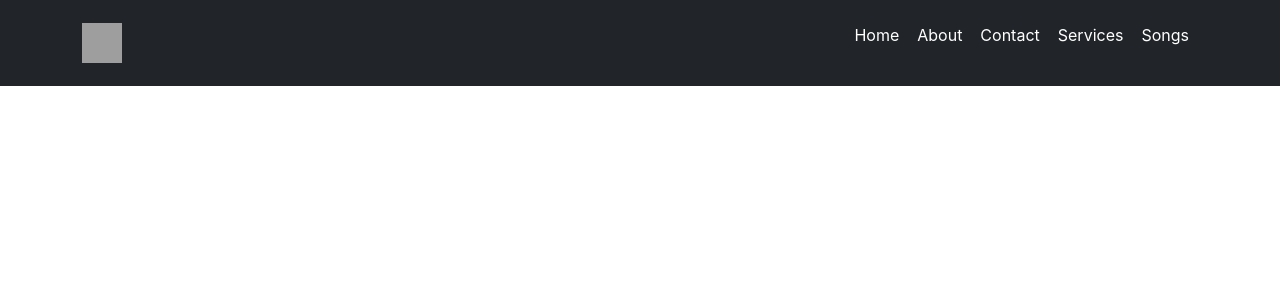
Repository: stephenkayade/cephas-musical
Page: / (app in cephas-musical/)
An editor plug-in stored every save of this project. The page is shown before and after the next save, followed by the edit.
The browser window is 1280 px wide. The pictures show the whole page.
Pictures or frames that could not be fetched are drawn as grey boxes. The project was rebuilt for these pictures with package versions that can differ from the ones it lists, and the page was loaded fresh each time. A package was used in the major version that the imports need, not the one package.json lists. Also part of the build but not shown: cephas-musical/src/components/Master.jsx.

Above is the page before, as saved 2021-03-09 04:59:24.

After the next save:
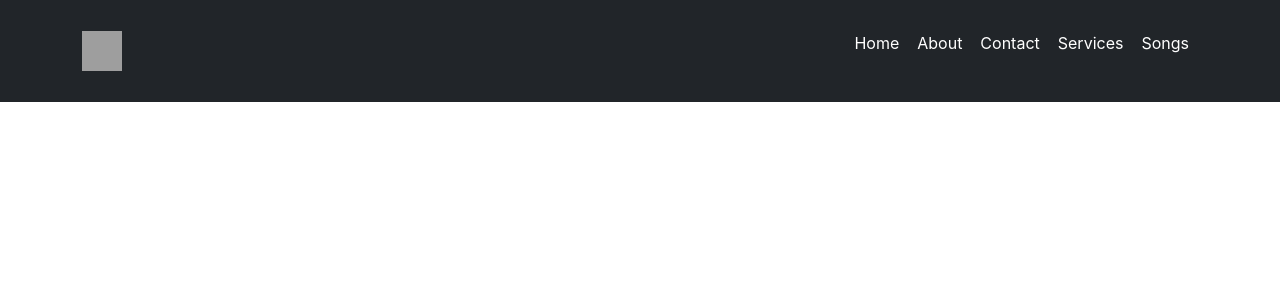
Saved 8 s later.
--- a/cephas-musical/src/components/partials/Nav.jsx
+++ b/cephas-musical/src/components/partials/Nav.jsx
@@ -30,7 +30,7 @@ const Nav = () => {
     return (
         <>
             <div className="container-fluid bg-dark p-3">
-                <div className="container d-flex align-items-center justify-content-between">
+                <div className="navbar container d-flex align-items-center justify-content-between">
                     <img src={image} alt="logo image" className="logo-img" />
                     <ul className="d-flex navbox">
                         {Navlists.length > 0 ? (
